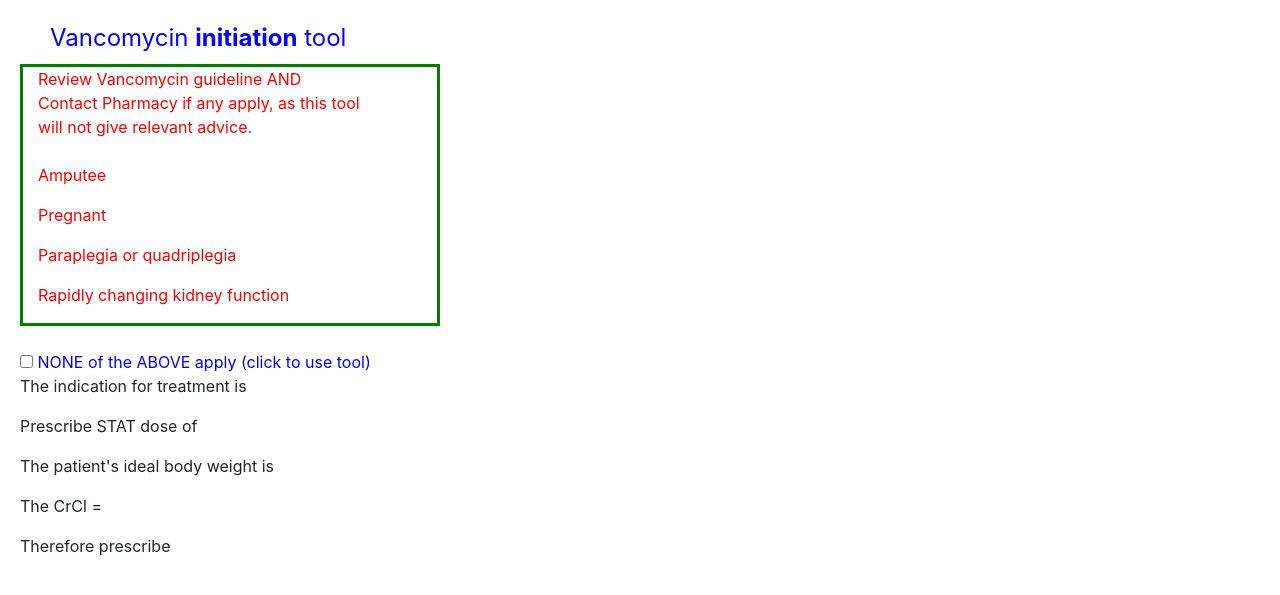
Repository: Mismiles/project-clinical-calculator
Page: index.html
The author's editor kept a record of every edit. The page is drawn from the files as they stood at one moment, then again after the next edit.
The browser window is 1280 px wide. The pictures show the whole page.

Above is the page before.

### index.html
<!doctype html>
<html lang="en">
  <head>
    <!-- Required meta tags -->
    <meta charset="utf-8">
    <meta name="viewport" content="width=device-width, initial-scale=1, shrink-to-fit=no">

    <!-- Bootstrap CSS -->
    <link rel="stylesheet" href="https://stackpath.bootstrapcdn.com/bootstrap/4.3.1/css/bootstrap.min.css" integrity="sha384-ggOyR0iXCbMQv3Xipma34MD+dH/1fQ784/j6cY/iJTQUOhcWr7x9JvoRxT2MZw1T" crossorigin="anonymous">

    <!-- Custom CSS -->
    <link href="css/stylesheet.css" rel="stylesheet">

    <title>Vancomycin calculation tool</title>

  </head>
  <body>

<form name="vanc">
<fieldset>

<!-- Form Name -->
<legend>Vancomycin <b>initiation</b> tool</legend>

<!-- Parameters -->
<section id='parameters'>
  <div class="col-lg-4 statement" for="parameters" style="color:red">Review Vancomycin guideline AND <br> Contact Pharmacy if any apply, as this tool <br> will not give relevant advice.
    <br>
    <br>
    <p>Amputee</p>
    <p>Pregnant</p>
    <p>Paraplegia or quadriplegia</p>
    <p>Rapidly changing kidney function</p>
	</div>
</section>

<!-- Safe to use tool-->
	<br>
	<div style="color:blue">
      <input type="checkbox" name="parameters" id="showform" onclick="displayForm(); hideParameters();">
      NONE of the ABOVE apply (click to use tool)
</div>

<section id='vancform'>
<!-- Indication-->
<br>
<div class="form-group">
  <label class="col-md-4 control-label" for="indication"><b>Indication</b></label>
  <div class="col-md-4">
  <input id="ind" name="indication" type="text" autocomplete="off" placeholder="Specify" class="form-control input-md" required="">
  </div>
</div>

<!-- Gender -->
<div class="form-group">
  <label class="col-md-4 control-label" for="gender"><b>Gender</b></label>
  <div class="col-md-4">
   <div class="btn-group btn-group-toggle" data-toggle="buttons">
  <label class="btn btn-outline-primary">
    <input type="radio" name="options" id="male" value="males" onclick="getGender()"> Male
  </label>
  <label class="btn btn-outline-danger">
    <input type="radio" name="options" id="female" value="females" onclick="getGender()"> Female
  </label>
</div>
  </div>
</div>

<!-- Age-->
<div class="form-group">
  <label class="col-md-4 control-label" for="age"><b>Age</b></label>
  <div class="col-md-4">
  <input id="age" name="age" type="text" maxlength="3" placeholder="Age in years" autocomplete="off" class="form-control input-md" required="">
  </div>
</div>

<!-- Weight-->
<div class="form-group">
  <label class="col-md-4 control-label" for="weight"><b>Weight in kg</b></label>
  <div class="col-md-4">
  <input id="weight" name="weight" type="text" maxlength="3" placeholder="Weight in kg" autocomplete="off" class="form-control input-md" required="">
</div>
</div>

<!-- Date picker-->
<div class="form-group">
        <label class="col-md-4 control-label" for="date"><b>Date Weight Taken</b></label>
          <div class="col-md-4">
        <input id="form-control input-md date" name="date" autocomplete="off" placeholder="MM/DD/YYY" type="date" required="" onclick="verifyDate()">
          </div>
</div>
<p id="datemessage"></p>

  <div class="checkbox">
    <label for="parameters-0">
      <input type="radio" name="parameters" id="abnormalWeight" value="" onclick="toggleIBW(); displayHeight();">
      Abnormal Weight (BMI &lt; 18.5 OR BMI &gt; 25) <br><span style="color:green"><i>Tick to help calculate BMI</i></span>
    </label>
	</div>

	 <div class="checkbox">
    <label for="parameters-1">
      <input type="radio" name="parameters" id="normalweight" value="" onclick="toggleIBW(); displayHeight();">
      Normal weight (BMI &gt; 18.5 and &lt; 25)
    </label>
	</div>
</div>
</div>

<!-- Height-->
<section id="heightbox" class="form-group">
  <label class="col-md-4 control-label" for="height"><b>Height in cm</b></label>
  <div class="col-md-4">
  <input id="height" name="height" type="text" maxlength="3" autocomplete="off" placeholder="Height in cm" class="form-control input-md" required="">
</div>
</section>

<!-- Creatinine-->
<div class="form-group">
  <label class="col-md-4 control-label" for="creatinine"><b>Serum Creatinine in µmol/L</b></label>
  <div class="col-md-4">
  <input id="creatinine" name="creatinine" type="text" autocomplete="off" maxlength="3" placeholder="Creatinine" class="form-control input-md" data-bind="value:replyNumber" required="">
  </div>
</div>

<!-- Disclaimer-->
<div style="color:red">
      <input type="checkbox" name="parameters" id="showform" onclick="safety;">
      I confirm that this tool takes no clinical responsibility for outcomes and I will use this tool to aid my ultimate clinical decision>
</div>

<!-- Button -->
<div class="form-group">
  <label class="col-md-4 control-label" for="calculate"></label>
  <div class="col-md-4">
    <script type="text/javascript" src="js/calculation.js"></script>
    <button id="calc" name="calculate" type="button" class="btn btn-primary" onclick="runCalcs();" >Display dose and monitoring advice</button>
  </div>
</div>

</fieldset>
</form>
</section>

<section id="dosingAdvice">
<p id="indication" class="text">The indication for treatment is</p>
<p id="stat_dose" class="text">Prescribe STAT dose of</p>
<p id="bmi_calc" class="text">The patient's BMI is</p>
<p id="ibw_text" class="text">The patient's ideal body weight is</p>
<p id="result_g" class="text">The CrCl =</p>
<p id="main_dose" class="text">Therefore prescribe</p>
</section>


<!-- Image carousel -->
  <div id="carouselExampleIndicators" class="carousel slide row" data-ride="carousel">
  <ol class="carousel-indicators">
    <li data-target="#carouselExampleIndicators" data-slide-to="0" class="active"></li>
    <li data-target="#carouselExampleIndicators" data-slide-to="1"></li>
    <li data-target="#carouselExampleIndicators" data-slide-to="2"></li>
    <li data-target="#carouselExampleIndicators" data-slide-to="3"></li>
    <li data-target="#carouselExampleIndicators" data-slide-to="4"></li>
    <li data-target="#carouselExampleIndicators" data-slide-to="5"></li>
    <li data-target="#carouselExampleIndicators" data-slide-to="6"></li>
    <li data-target="#carouselExampleIndicators" data-slide-to="7"></li>
    <li data-target="#carouselExampleIndicators" data-slide-to="8"></li>
    <li data-target="#carouselExampleIndicators" data-slide-to="9"></li>
  </ol>
  <div class="carousel-inner">
    <div class="carousel-item active">
      <img class="d-block w-60" src="images/vanc1.jpg" alt="First slide">
    </div>
    <div class="carousel-item">
      <img class="d-block w-60" src="images/app1.jpg" alt="Second slide">
    </div>
    <div class="carousel-item">
      <img class="d-block w-60" src="images/app2.jpg" alt="Third slide">
    </div>
    <div class="carousel-item">
      <img class="d-block w-60" src="images/app3.jpg" alt="Fourth slide">
    </div>
    <div class="carousel-item">
      <img class="d-block w-60" src="images/app41.jpg" alt="Fifth slide">
    </div>
    <div class="carousel-item">
      <img class="d-block w-60" src="images/app42.jpg" alt="Sixth slide">
    </div>
     <div class="carousel-item">
      <img class="d-block w-60" src="images/app43.jpg" alt="Seventh slide">
    </div>
     <div class="carousel-item">
      <img class="d-block w-60" src="images/app5.jpg" alt="Eigth slide">
     </div>
     <div class="carousel-item">
      <img class="d-block w-60" src="images/app6.jpg" alt="Ninth slide">
     </div>
  </div>

  <a class="carousel-control-prev" href="#carouselExampleIndicators" role="button" data-slide="prev">
    <span class="carousel-control-prev-icon" aria-hidden="true"></span>
    <span class="sr-only">Previous</span>
  </a>
  <a class="carousel-control-next" href="#carouselExampleIndicators" role="button" data-slide="next">
    <span class="carousel-control-next-icon" aria-hidden="true"></span>
    <span class="sr-only">Next</span>
  </a>
</div>


    <!-- jQuery first, then Popper.js, then Bootstrap JS -->
    <script src="https://code.jquery.com/jquery-3.3.1.slim.min.js" integrity="sha384-q8i/X+965DzO0rT7abK41JStQIAqVgRVzpbzo5smXKp4YfRvH+8abtTE1Pi6jizo" crossorigin="anonymous"></script>
    <script src="https://cdnjs.cloudflare.com/ajax/libs/popper.js/1.14.7/umd/popper.min.js" integrity="sha384-UO2eT0CpHqdSJQ6hJty5KVphtPhzWj9WO1clHTMGa3JDZwrnQq4sF86dIHNDz0W1" crossorigin="anonymous"></script>
    <script src="https://stackpath.bootstrapcdn.com/bootstrap/4.3.1/js/bootstrap.min.js" integrity="sha384-JjSmVgyd0p3pXB1rRibZUAYoIIy6OrQ6VrjIEaFf/nJGzIxFDsf4x0xIM+B07jRM" crossorigin="anonymous"></script>

        <!-- Calulation JavaScript Code-->
    <script type="text/javascript" href="js/calculation.js"></script>

  </body>
</html>

### css/stylesheet.css
body {
    position: relative;
    font-size: 1em;
    margin-left: 20px;
    margin-top: 20px;

}

legend {
    padding-left: 30px;
    color: blue;
}

.statement {
 border-style: solid;
 border-color: green;
 white-space: nowrap;
 width: 470px;
 overflow: hidden;
 text-overflow: ellipsis;
  }

 .showform {
     color: blue;
 }

#heightbox{
  display: none;
}

#bmi_calc{
    display: none;
}

#vancform {
  display: none;
}

#parameters{
    display: block;
}

#ibw_text{
    display: block;
}

{
    margin-bottom: 2px;
}

.datemessage{
    color: red;
}

.text{
    padding-bottom: 0;
}

.carousel {
  width:740px;
  height:860px;
  display: none !important;
}

### js/calculation.js
//declare global variables
    var w = document.getElementById('weight');
    var a = window.document.getElementById('age');
    var h = window.document.getElementById('height');
    var c = window.document.getElementById('creatinine');
    var m = document.getElementById("male");
    var f = document.getElementById("female");
    var normalweight = document.getElementById('normalweight');

    console.log('connected');

    // this function displays the form when the checkbox is true
    var checkbox = document.getElementById('showform');
    function displayForm() {
        var vancform = document.getElementById('vancform');

        if (checkbox.checked) {
            vancform.style.display = 'block';
        } else {
            vancform.style.display = 'none';
        }
    }

    //this function hides the parameters to make more space for the form if slected
    function hideParameters() {
        var parameters = document.getElementById('parameters');

         if (checkbox.checked) {
            parameters.style.display = 'none';
        } else {
            parameters.style.display = 'block';
        }
    }

    //this function displays the height box if abnormal weight is slected
    function displayHeight() {
        var abnormalWeight = document.getElementById('abnormalWeight');
        var heightbox = document.getElementById('heightbox')
        var bmiText = document.getElementById('bmi_calc')

        if (abnormalWeight.checked) {
            heightbox.style.display = 'block';
            bmiText.style.display = 'block';
        } else if (normalweight.checked) {
            heightbox.style.display = 'none';
            bmiText.style.display = 'none';
        }
    }

    //indication statement
    function displayIndication() {
        var ind = document.getElementById('ind').value;
        return document.getElementById('indication').innerHTML = "The indication for treatment is " + "<b>" + ind + "<b>";
    }

        // Initial dose calculation
        var vDose;

        function dose() {
            //get the input
            var weight = w.value;

            if (isNaN(weight)) {
                vDose = "<em>Weight</em>must be a number!";
            } else if (weight < 40) {
                vDose = "750"+"mg";
            } else if (weight >=40 && weight<= 59) {
                vDose = "1000"+"mg";
            } else if (weight >=60 && weight<= 90) {
                vDose = "1500"+"mg";
            } else if (weight >90) {
                vDose = "2000"+"mg";
            }
            document.getElementById("stat_dose").innerHTML = "Prescribe STAT dose of " + "<b>" + vDose + "<b>";
        }


        //Calculate BMI
        var bmi;
        function calculateBmi() {
            var weight = w.value;
            var height = h.value;

            if (isNaN(weight)) {
                bmi = "<em>Weight</em>must be a number!";
            }else if (isNaN(height)) {
                bmi = "<em>Height</em>must be a number!";
            }else if (normalweight.checked) {
                bmi = "normal";
            }else {
                bmi = (weight/(height/100*height/100)).toFixed(2);
        }
            document.getElementById("bmi_calc").innerHTML = "The patient's BMI is  " + "<b>" + bmi +  "<b>";
        }


        function toggleIBW() {
        var ibwtext = document.getElementById('ibw_text');

         if (normalweight.checked) {
            ibwtext.style.display = 'none';
        } else if (abnormalWeight.checked) {
            ibwtext.style.display = 'block';
        }
    }

        // If overweight, calculate IBW
                var IBW;
        function idealBodyWeight () {

            var formula = 0.91 * (h.value - 152.4)

            if (normalweight.checked) {
                 IBW = "normal";
            }else if (bmi > 25 && m.checked) {
                IBW = (50 + formula).toFixed(2);
            }
            else if (bmi > 25 && f.checked) {
                 IBW = (45 + formula).toFixed(2);
            }
            document.getElementById("ibw_text").innerHTML = "The patient's Ideal body weight is  " + "<b>" + IBW + "kg" + "<b>";
        }




        // Crcl without gender or creatinine adjustment
        // var CrCl0;
        // var weight = w.value;
        // var age = a.value;
        // function creatClear() {
        //     var creatinine = c.value;
        //     //get age, weight, creatinie

        //     if (age < 18) {
        //         CrCl0 = "<em>Age</em> cannot equal less than 18!";
        //     } else if (isNaN(age)) {
        //         CrCl0 = "<em>Age</em> must be a number!";
        //     } else if (isNaN(weight)) {
        //         CrCl0 = "<em>Weight</em> must be a number!";
        //     } else if (isNaN(creatinine)) {
        //         CrCl0 = "<em>Creatinine</em> must be a number!";
        //     } else {
        //         CrCl0 = ((140-age)*weight);
        //     }
        // }

        // //CrCl with gender adjustment
        // var genderCalc;
        // function kidneygender(){

        // var male = m.checked;
        // var female = f.checked;
        //     if (male){
        //         genderCalc = CrCl0 *1.23;
        //     } else{
        //         genderCalc = CrCl0 *1.04;
        //     }
        //     document.getElementById("result_g").innerHTML = "The CrCl =  " + "<b>" + (genderCalc/c.value).toFixed(2) + "</b>";
        // }

        var vancRenal;
        function vancCrcl() {
        var male = m.checked;
        var female = f.checked;
        var creatinine = c.value;
        var weight = w.value;
        var age = a.value;

            if (bmi >25 && male){
                vancRenal = ((140-age)* IBW * 1.23)/creatinine;
            }else if (bmi >25 && female){
                vancRenal = ((140-age)* IBW * 1.04)/creatinine;
            }else if (male && normalweight.checked){
                vancRenal = ((140-age)* weight * 1.23)/creatinine;
            }else if (female && normalweight.checked){
                vancRenal = ((140-age)* weight * 1.04/creatinine);
            }
            document.getElementById("result_g").innerHTML = "The CrCl =  " + "<b>" + vancRenal.toFixed(2) + "ml" +"/min" + "</b>";
        }


           var mDose;
    function maintDose() {
            //get the input


             if (isNaN(vancRenal)) {
                mDose = "fill out form properly";
            } else if (vancRenal>= 110) {
                mDose = "1500"+"mg"+" every 12 hours," + " request a drug level on ICE and JAC before the 4th dose. This includes the STAT dose";
            } else if (vancRenal >=90 && vancRenal<= 110) {
                mDose = "1250"+"mg"+" every 12 hours," + " request a drug level on ICE and JAC before the 4th dose. This includes the STAT dose";
            } else if (vancRenal >=75 && vancRenal<= 89) {
                mDose = "1000"+"mg"+" every 12 hours," + " request a drug level on ICE and JAC before the 4th dose. This includes the STAT dose";
            } else if (vancRenal >=55 && vancRenal<= 74) {
                mDose = "750"+"mg"+" every 12 hours," + " request a drug level on ICE and JAC before the 4th dose. This includes the STAT dose";
            } else if (vancRenal >=40 && vancRenal<= 54) {
                mDose = "500"+"mg"+" every 12 hours," + " request a drug level on ICE and JAC before the 4th dose. This includes the STAT dose";
            } else if (vancRenal >=30 && vancRenal<= 39) {
                mDose = "750"+"mg"+" every 24 hours,"+ " request a drug level on ICE and JAC before the 3rd dose. This includes the STAT dose";
            } else if (vancRenal >=20 && vancRenal<= 29) {
                mDose = "500"+"mg"+" every 48 hours," + " request a drug level on ICE and JAC before the 3rd dose. This includes the STAT dose";
            } else if (vancRenal >=10 && vancRenal<= 20) {
                mDose = "500"+"mg"+" every 48 hours," + " request a drug level on ICE and JAC before the 2nd dose. This includes the STAT dose";
            } else if (vancRenal <=10) {
                mDose = "500"+"mg"+" every 48 hours,"+ " request a drug level on ICE every 24 hours. This includes the STAT dose";
            }


            document.getElementById("main_dose").innerHTML = "Prescribe maintenance dose of " + "<b>" + mDose + "<b>";
        }

           function dosing_Advice() {
        var dAdvice = document.getElementById('dosingAdvice');

         { dAdvice.style.display = 'block';
        }
    }


        function runCalcs() {
            dose();
            calculateBmi();
            displayIndication();
            idealBodyWeight();
            vancCrcl();
            maintDose();
            dosing_Advice();
        }


        ///Vancomycin initiation dosing tool (all in bold)
        ///put not suitable for those ALREADY ON VANCOMYCIN
        /// Make calendar obvious

After the next edit:
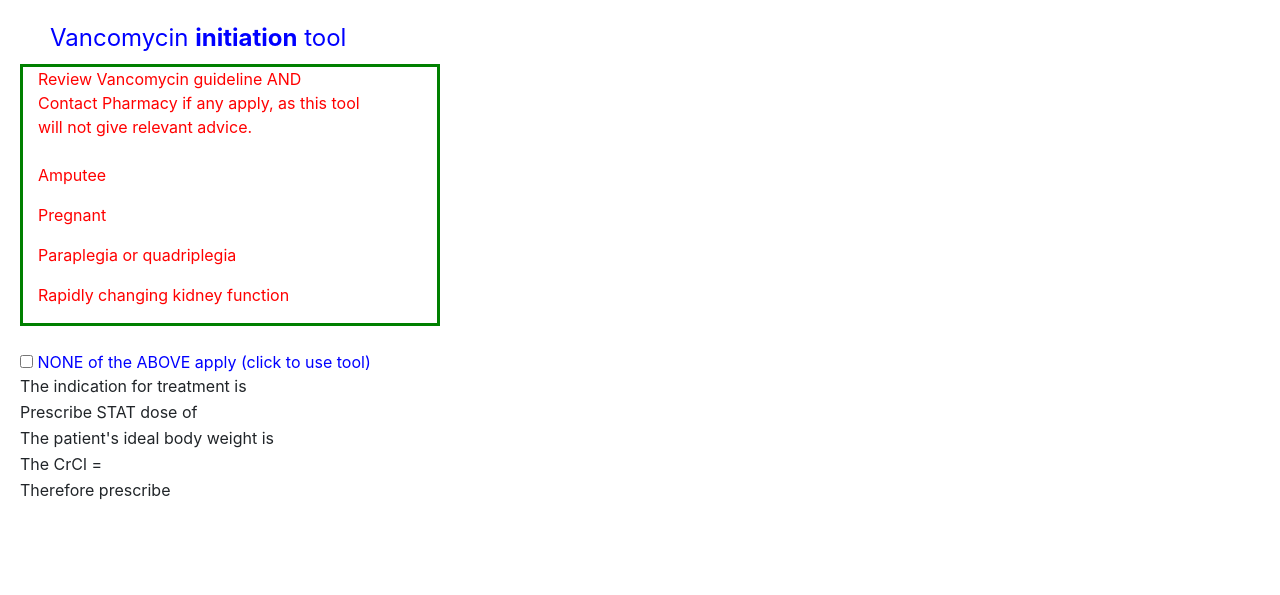
The edit:
--- a/css/stylesheet.css
+++ b/css/stylesheet.css
@@ -44,7 +44,7 @@
     display: block;
 }
 
-{
+.text{
     margin-bottom: 2px;
 }
 
